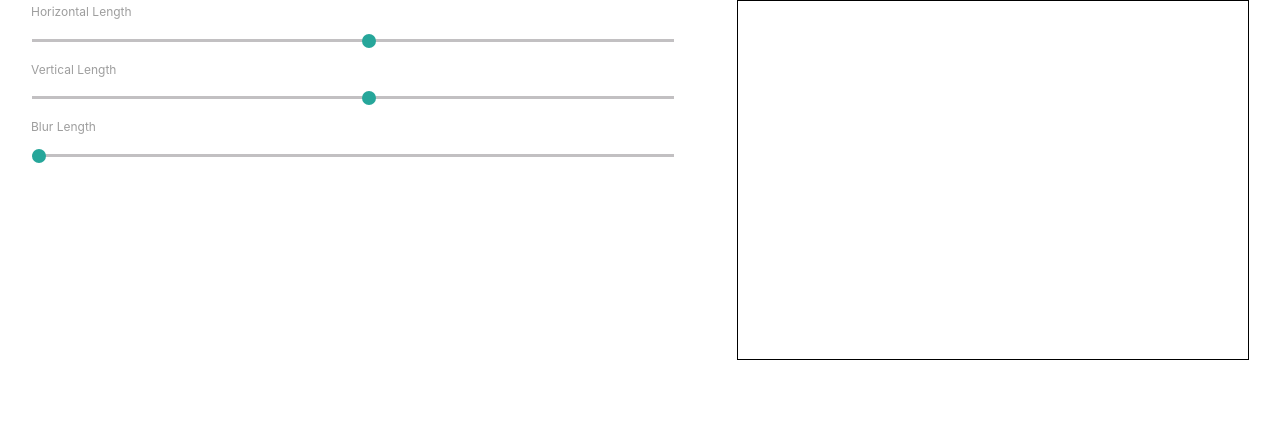
Repository: imrvj/Box-Shadow
Page: /
These files come from the project's save history. The page is drawn as it stood at one moment and after the next save; the edit follows.
The browser window is 1280 px wide. The pictures show the whole page.
The project was rebuilt for these pictures with package versions that can differ from the ones it lists, and the page was loaded fresh each time.

Above is the page before, as saved 2020-02-19 23:21:21.

### public/index.html
<!DOCTYPE html>
<html lang="en">
  <head>
    <meta charset="utf-8" />
    <link rel="icon" href="%PUBLIC_URL%/favicon.ico" />
    <meta name="viewport" content="width=device-width, initial-scale=1" />
    <meta name="theme-color" content="#000000" />
    <meta
      name="description"
      content="Web site created using create-react-app"
    />
    <link rel="apple-touch-icon" href="%PUBLIC_URL%/logo192.png" />
    <!--
      manifest.json provides metadata used when your web app is installed on a
      user's mobile device or desktop. See https://developers.google.com/web/fundamentals/web-app-manifest/
    -->
    <link rel="manifest" href="%PUBLIC_URL%/manifest.json" />
    <!--
      Notice the use of %PUBLIC_URL% in the tags above.
      It will be replaced with the URL of the `public` folder during the build.
      Only files inside the `public` folder can be referenced from the HTML.

      Unlike "/favicon.ico" or "favicon.ico", "%PUBLIC_URL%/favicon.ico" will
      work correctly both with client-side routing and a non-root public URL.
      Learn how to configure a non-root public URL by running `npm run build`.
    -->
    <!-- Compiled and minified CSS -->
    <link rel="stylesheet" href="https://cdnjs.cloudflare.com/ajax/libs/materialize/1.0.0/css/materialize.min.css">

    <title>React App</title>
  </head>
  <body>
    <noscript>You need to enable JavaScript to run this app.</noscript>
    <div id="root"></div>
    <!--
      This HTML file is a template.
      If you open it directly in the browser, you will see an empty page.

      You can add webfonts, meta tags, or analytics to this file.
      The build step will place the bundled scripts into the <body> tag.

      To begin the development, run `npm start` or `yarn start`.
      To create a production bundle, use `npm run build` or `yarn build`.
    -->
       <!-- Compiled and minified JavaScript -->
       <script src="https://cdnjs.cloudflare.com/ajax/libs/materialize/1.0.0/js/materialize.min.js"></script>

  </body>
</html>

### src/App.js
import React, { useState } from 'react';

import './App.css';

function App() {
  const [Hori, setHori] = useState(10)
  const [Veri, setVeri] = useState(10)
  const [Blur, setBlur] = useState(0)
  return (
    <div className="App">

      <div className="controls">
      <label>Horizontal Length</label>
      <input type="range"  min="-200" max="200" value={Hori} onChange={(e)=>setHori(e.target.value)}/>
      <label>Vertical Length</label>
      <input type="range"  min="-200" max="200" value={Veri} onChange={(e)=>setVeri(e.target.value)}/>
      <label>Blur Length</label>
      <input type="range"  min="0" max="200" value={Blur} onChange={(e)=>setBlur(e.target.value)}/>
     </div>
      <div className="output">
        <div className="Box"></div>
      </div>
    </div>
  );
}

export default App;

### src/App.css
.App
{
    display: flex;
    justify-content: space-around;
}

.Box
{
    width: 40vw;
    height: 50vh;
    border: solid 1px black;
    padding: 20px;
}

Loaded but not shown: src/index.js (common file); src/index.css (common file); src/serviceWorker.js (common file)

After the next save:
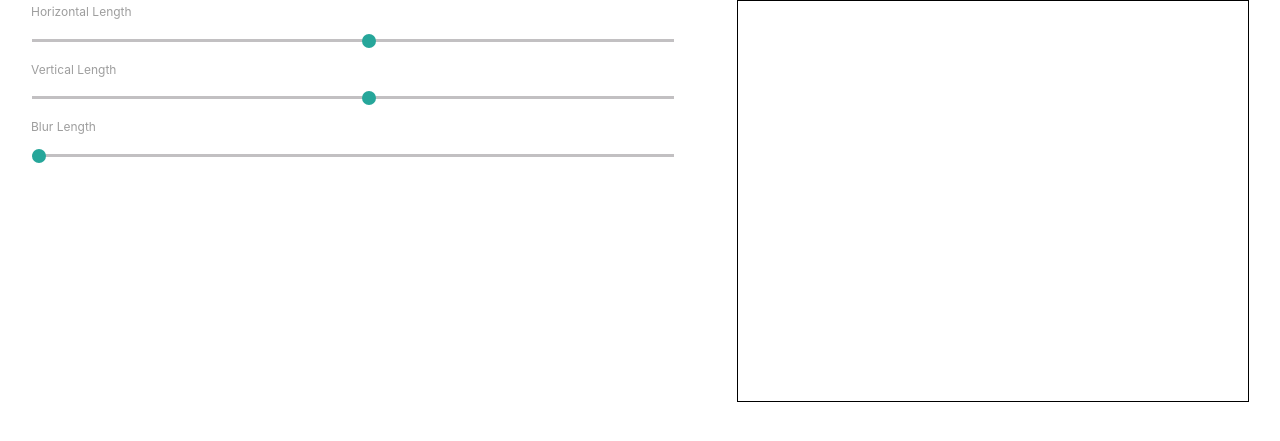
Saved 10 s later.
--- a/src/App.css
+++ b/src/App.css
@@ -9,5 +9,5 @@
     width: 40vw;
     height: 50vh;
     border: solid 1px black;
-    padding: 20px;
+    padding: 200px;
 }

After the save that followed:
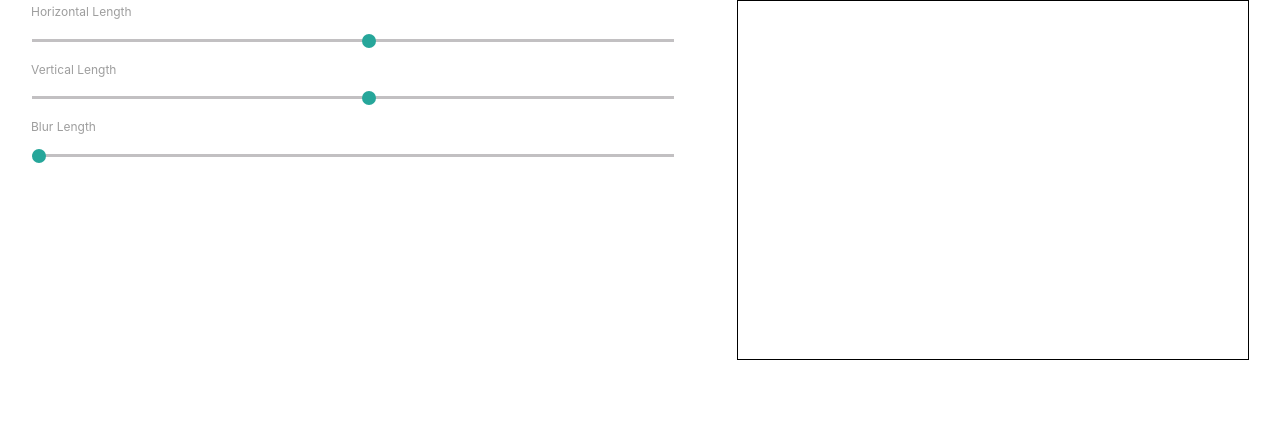
Saved 5 s later.
--- a/src/App.css
+++ b/src/App.css
@@ -9,5 +9,5 @@
     width: 40vw;
     height: 50vh;
     border: solid 1px black;
-    padding: 200px;
+    padding: 20px;
 }
